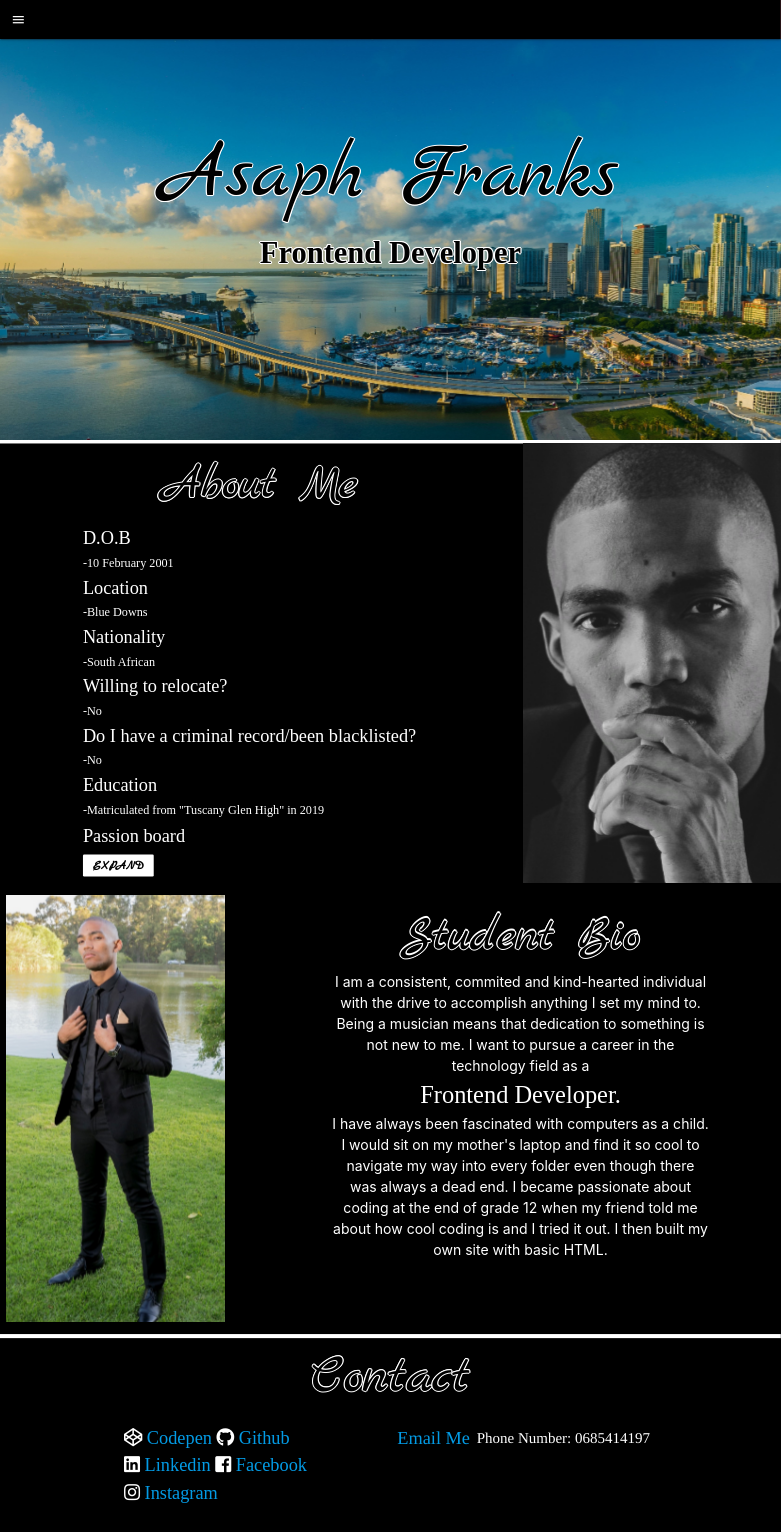
Repository: Ajtheult/portfolio.v3
Page: /portfolio-v3
An editor plug-in stored every save of this project. The page is shown before and after the next save, followed by the edit.
The browser window is 1280 px wide. The pictures show the whole page, at 61% of full size.
Some web fonts or font styles are not loaded; a fallback is used. The project was rebuilt for these pictures with package versions that can differ from the ones it lists, and the page was loaded fresh each time. Also part of the build but not shown: src/components/layout/pages/Skills.js, src/components/layout/pages/MyWork.js, src/components/layout/pages/Testimonials.js.

Above is the page before, as saved 2020-08-11 14:37:27.

### public/index.html
<!DOCTYPE html>
<html lang="en">
  <head>
    <meta charset="utf-8" />
    <link rel="icon" href="%PUBLIC_URL%/favicon.ico" />
    <meta name="viewport" content="width=device-width, initial-scale=1" />
    <meta name="theme-color" content="#000000" />
    <meta
      name="description"
      content="Web site created using create-react-app"
    />

    <link rel="manifest" href="%PUBLIC_URL%/manifest.json" />
    <link
      href="https://fonts.googleapis.com/css2?family=Marck+Script&display=swap"
      rel="stylesheet"
    />
    <link
      href="https://fonts.googleapis.com/css2?family=Gruppo&display=swap"
      rel="stylesheet"
    />
    <link rel="manifest" href="%PUBLIC_URL%/manifest.json" />

    <link
      rel="stylesheet"
      href="https://fonts.googleapis.com/icon?family=Material+Icons"
    />

    <link
      rel="stylesheet"
      href="https://use.fontawesome.com/releases/v5.7.2/css/all.css"
      integrity="sha384-fnmOCqbTlWIlj8LyTjo7mOUStjsKC4pOpQbqyi7RrhN7udi9RwhKkMHpvLbHG9Sr"
      crossorigin="anonymous"
    />
    <title>Asaph Franks portfolio</title>
  </head>
  <body>
    <noscript>You need to enable JavaScript to run this app.</noscript>
    <div id="root"></div>
  </body>
</html>

### src/index.js
import React from "react";
import ReactDOM from "react-dom";
import App from "./App";
import "materialize-css/dist/css/materialize.min.css";

ReactDOM.render(
  <React.StrictMode>
    <App />
  </React.StrictMode>,
  document.getElementById("root")
);

### src/App.js
import React from "react";

import { Home } from "./components/layout/pages/Home";
import { Skills } from "./components/layout/pages/Skills";
import { MyWork } from "./components/layout/pages/MyWork";
import { Testimonials } from "./components/layout/pages/Testimonials";
import Navbar from "./components/layout/navbar/Navbar";

import { BrowserRouter as Router, Route, Switch } from "react-router-dom";
import "./App.css";

function App() {
  return (
    <Router>
      <div className="App">
        <Navbar />

        <Switch>
          <Route exact path="/portfolio-v3" component={Home} />
          <Route path="/skills" component={Skills} />
          <Route path="/mywork" component={MyWork} />
          <Route path="/testimonials" component={Testimonials} />
        </Switch>
      </div>
    </Router>
  );
}

export default App;

### src/components/layout/pages/Home.js
import React from "react";
import background1 from "../resources/background1.jpg";
import me from "../resources/me.jpeg";
import me2 from "../resources/me2.jpg";
import M from "materialize-css";
import "../../../App.css";
import { Parallax } from "react-parallax";

export const Home = () => {
  document.addEventListener("DOMContentLoaded", function () {
    var elems = document.querySelectorAll(".modal");
    // eslint-disable-next-line
    var instances = M.Modal.init(elems, {});
  });

  return (
    <div className="colour_of_about_text">
      <Parallax bgImage={background1} strength={400}>
        <div style={{ height: 720 }}>
          <div className="style_for_landingpage">
            <h1 className="intro_name_top">Asaph Franks</h1>
            <h4 className="intro_name_bottom">Frontend Developer</h4>
          </div>
        </div>
      </Parallax>
      <div style={{ height: "1vh" }} className="white move_the_con" />
      <div className="row">
        <div className="col s8">
          {" "}
          {/* Information on About page-Start */}
          <div className="container">
            <h1 className="about-title" id="about">
              About Me
            </h1>

            <h5 className="my_info">D.O.B</h5>
            <p className="my_info_2">-10 February 2001</p>
            <h5 className="my_info"> Location </h5>
            <p className="my_info_2">-Blue Downs</p>
            <h5 className="my_info">Nationality</h5>
            <p className="my_info_2">-South African</p>
            <h5 className="my_info">Willing to relocate?</h5>
            <p className="my_info_2">-No</p>
            <h5 className="my_info">
              Do I have a criminal record/been blacklisted?
            </h5>
            <p className="my_info_2">-No</p>
            <h5 className="my_info">Education</h5>
            <p className="my_info_2">
              -Matriculated from "Tuscany Glen High" in 2019
            </p>
            <h4 className="my_info">Passion board</h4>
            <div className="my_info_3">
              <a
                className="waves-effect waves-light btn modal-trigger white"
                href="#modal1"
              >
                <p className="black_text margin_on_top">Expand</p>
              </a>
              <div id="modal1" className="modal bottom-sheet">
                <div className="modal-content">
                  <h4 className="black_text passion_heading">Passion Board</h4>
                  <div className="black_text">
                    {" "}
                    <h4 className="passion_content">-Music</h4>
                    <h4 className="passion_content">-Playing Video games</h4>
                    <h4 className="passion_content">-Playing Table Tennis</h4>
                    <h4 className="passion_content">-Watching anime</h4>
                    <h4 className="passion_content">-Drawing</h4>
                  </div>
                </div>
              </div>
            </div>
          </div>
          {/* Information on About page-Start */}
        </div>
        <div>
          <Parallax
            bgImage={me}
            strength={700}
            style={{ width: "33%" }}
            className="right"
          >
            <div style={{ height: "100vh" }}></div>
          </Parallax>
        </div>
      </div>

      <div className="row">
        <div className="col s5">
          <Parallax bgImage={me2} strength={150} style={{ width: "70%" }}>
            <div style={{ height: 700 }}>
              <div className="intro_name style_for_landingpage"></div>
            </div>
          </Parallax>
        </div>

        <div className="col s7 about_container" style={{ width: "50%" }}>
          <h6 className="about-title center">Student Bio</h6>
          <p className="student_bio ">
            I am a consistent, commited and kind-hearted individual with the
            drive to accomplish anything I set my mind to. Being a musician
            means that dedication to something is not new to me. I want to
            pursue a career in the technology field as a <br />
            <strong className="big_frontend">
              Frontend Developer.
            </strong> <br /> I have always been fascinated with computers as a
            child. I would sit on my mother's laptop and find it so cool to
            navigate my way into every folder even though there was always a
            dead end. I became passionate about coding at the end of grade 12
            when my friend told me about how cool coding is and I tried it out.
            I then built my own site with basic HTML.
          </p>
        </div>
      </div>
      {/* Contact section */}
      <div style={{ height: "1vh" }} className="white move_the_con" />
      <footer style={{ fontFamily: "Times" }} className="page-footer black">
        <div className="container" id="contact">
          <div className="row">
            <h1 className="contact-title">Contact</h1>
            <div className="col l6 s12">
              {" "}
              <div className="logos">
                <i className="fab fa-codepen">
                  {" "}
                  <a
                    href="https://codepen.io/ajtheult"
                    rel="noopener noreferrer"
                    target="_blank"
                  >
                    Codepen&nbsp;
                  </a>{" "}
                </i>
                <i className="fab fa-github">
                  {" "}
                  <a
                    href="https://github.com/Ajtheult"
                    rel="noopener noreferrer"
                    target="_blank"
                  >
                    Github&nbsp;
                  </a>{" "}
                </i>
                <i className="fab fa-linkedin">
                  {" "}
                  <a
                    href="https://www.linkedin.com/in/asaph-franks-307a231a5/"
                    rel="noopener noreferrer"
                    target="_blank"
                  >
                    Linkedin&nbsp;
                  </a>{" "}
                </i>
                <i className="fab fa-facebook-square">
                  {" "}
                  <a
                    href="https://www.facebook.com/asaph.franks.7/"
                    rel="noopener noreferrer"
                    target="_blank"
                  >
                    Facebook&nbsp;
                  </a>{" "}
                </i>
                <i className="fab fa-instagram">
                  {" "}
                  <a
                    href="https://www.instagram.com/aj_the_ultimate/?fbclid=IwAR1maxejej29IRwM2tTQavtbmTC9TFLbAwZoi52WwiJhzLvcEucPXSZHX2o"
                    rel="noopener noreferrer"
                    target="_blank"
                  >
                    Instagram&nbsp;
                  </a>{" "}
                </i>
              </div>
            </div>
            <div className="col l6 s12" style={{ marginTop: "-10px" }}>
              <a
                className="left size_of_email"
                href="mailto:asaphfranksboi@gmail.com"
                rel="noopener noreferrer"
                target="_blank"
              >
                Email Me
              </a>

              <h5 className="move_num_down">Phone Number: 0685414197</h5>
            </div>
            {/* Contact details and icons */}
          </div>
        </div>
      </footer>
    </div>
  );
};

### src/components/layout/navbar/Navbar.js
/* eslint-disable no-unused-vars */
import React, { Component } from "react";
import M from "materialize-css/dist/js/materialize.min.js";
import me from "./me.jpg";
import music from "./music.jpg";
import "../../../App.css";
import { Link } from "react-router-dom";

export class Navbar extends Component {
  componentDidMount() {
    document.addEventListener("DOMContentLoaded", function () {
      var elems = document.querySelectorAll(".sidenav");
      var instances = M.Sidenav.init(elems, {});
    });
  }

  render() {
    return (
      <div>
        <nav className="navbar">
          <div className="nav-wrapper colour">
            <a
              href="#home"
              data-target="slide-out"
              className="sidenav-trigger show-on-large"
            >
              <i className="material-icons">menu</i>
            </a>
          </div>
        </nav>

        <ul id="slide-out" className="sidenav sidenav-close">
          <li>
            <div className="user-view">
              <div className="background">
                <img className="background_img" src={music} alt="img" />
              </div>

              <img className="circle" src={me} alt="img of me" />

              <span className="black-text name move_me">Asaph Franks</span>

              <span className="black-text email  move_me">
                Asaphfranksboi@gmail.com
              </span>
            </div>
            {/* Change font so that the name can be better read */}
          </li>
          <Link to="/portfolio-v3">
            <br />
            <li className="colour_of_nav">Home</li>
          </Link>{" "}
          <br />
          <Link to="/skills">
            <li className="colour_of_nav">Skills</li>
          </Link>
          <br />
          <Link to="/mywork">
            <li className="colour_of_nav">Work</li>
          </Link>
          <br />
          <Link to="/testimonials">
            <li className="colour_of_nav">Testimonials</li>
          </Link>
        </ul>
      </div>
    );
  }
}

export default Navbar;

### src/App.css
.App {
  text-align: center;
}

body {
  background-color: black;
  color: white;
}
.background_img {
  width: 100%;
  height: 100%;
}

.move_me {
  text-align: left;
}

.colour {
  background-color: black;
}

img.bg {
  min-height: 100%;
  min-width: 1024px;
  width: 100%;
  height: auto;
  position: fixed;
  top: 0;
  left: 0;
  z-index: -1;
}

div.admin-bg {
  position: fixed;
  top: 0;
  left: 0;
  z-index: -1;
  background-color: black;
}

@media screen and (max-width: 1024px) {
  img.bg {
    left: 50%;
    margin-left: -512px;
  }
}

.intro_name_top {
  font-family: "Marck Script", cursive;
  font-size: 130px;
  color: black;
  text-shadow: 2px 0 0 #fff, -2px 0 0 #fff, 0 2px 0 #fff, 0 -2px 0 #fff,
    1px 1px #fff, -1px -1px 0 #fff, 1px -1px 0 #fff, -1px 1px 0 #fff;
}

.intro_name_bottom {
  font-size: 50px;
  color: #000000;
  font-weight: bold;
  text-shadow: 2px 0 0 #fff, -2px 0 0 #fff, 0 2px 0 #fff, 0 -2px 0 #fff,
    1px 1px #fff, -1px -1px 0 #fff, 1px -1px 0 #fff, -1px 1px 0 #fff;
  font-family: "Gruppo", cursive;
}
.testimonial_title {
  font-family: "Marck Script", cursive;
  margin-top: 80px;
  color: black;
  font-size: 80px;
  text-shadow: 2px 0 0 #fff, -2px 0 0 #fff, 0 2px 0 #fff, 0 -2px 0 #fff,
    1px 1px #fff, -1px -1px 0 #fff, 1px -1px 0 #fff, -1px 1px 0 #fff;
}

.logos {
  text-align: left;
  font-size: 30px;
}

.contact-title {
  margin-top: -5px;
  font-family: "Marck Script", cursive;
  font-size: 90px;
  color: black;
  text-shadow: 2px 0 0 #fff, -2px 0 0 #fff, 0 2px 0 #fff, 0 -2px 0 #fff,
    1px 1px #fff, -1px -1px 0 #fff, 1px -1px 0 #fff, -1px 1px 0 #fff;
}

.about-title {
  margin-top: 25px;
  font-family: "Marck Script", cursive;
  font-size: 80px;
  color: black;
  text-shadow: 2px 0 0 #fff, -2px 0 0 #fff, 0 2px 0 #fff, 0 -2px 0 #fff,
    1px 1px #fff, -1px -1px 0 #fff, 1px -1px 0 #fff, -1px 1px 0 #fff;
}

.student_bio {
  margin-top: 2%;
  font-size: 23px;
}

.big_frontend {
  font-size: 40px;
  font-family: "Gruppo", cursive;
}

.move_the_name {
  margin-top: -12px;
  font-size: 20px;
  font-weight: bold;
}

.enlarge_paragraph {
  font-size: 22px;
  font-family: "Times New Roman", Times, serif;
}

.my_info {
  font-size: 30px;
  text-align: left;
  font-family: "Gruppo", cursive;
}

.my_info_2 {
  font-size: 20px;
  text-align: left;
  line-height: 8px;
  font-family: "Times New Roman", Times, serif;
}

.my_info_3 {
  font-size: 25px;
  text-align: left;
  line-height: 8px;
  font-family: "Times New Roman", Times, serif;
}

.black_text {
  color: black;
}

.passion_heading {
  text-align: center;
  font-family: "Marck Script", cursive;
  font-size: 45px;
}

.passion_content {
  font-family: "Gruppo", cursive;
  font-weight: bold;
  line-height: 25px;
}

.margin_on_top {
  margin-top: 1px;
  font-size: 20px;
  font-family: "Marck Script", cursive;
  font-weight: bold;
}

.my_work_desc {
  font-size: 20px;
  font-family: "Times New Roman", Times, serif;
}

.my_work_title {
  font-family: "Gruppo", cursive;
  color: black;
  font-size: 30px;
}

.link-size {
  font-size: 40px;
  margin-top: -40px;
  padding: 1%;
  text-align: left;
  margin-left: 60px;
  font-family: "Gruppo", cursive;
  color: blue;
}

.button_margin {
  margin-top: 5px;
}

.work_title {
  font-family: "Marck Script", cursive;
  color: black;
  font-size: 50px;
  text-shadow: 2px 0 0 #fff, -2px 0 0 #fff, 0 2px 0 #fff, 0 -2px 0 #fff,
    1px 1px #fff, -1px -1px 0 #fff, 1px -1px 0 #fff, -1px 1px 0 #fff;
}

.colour_of_nav {
  color: black;
  margin-top: -30px;
}

.style_for_landingpage {
  margin-left: 10%;
  margin-top: 13%;
  position: absolute;
  padding: 10px;
  width: 80%;
  transform: "translate(-50%, -50%)";
}

.skills_li {
  position: relative;
  list-style: none;
  margin: 50px 0;
  font-weight: 500;
  text-transform: uppercase;
}

.skills_li:before {
  content: "";
  position: absolute;
  top: calc(100% + 10px);
  left: 0;
  width: 100%;
  height: 15px;
  background-color: rgba(54, 126, 223, 0.5);
  border-radius: 1000px;
}

.skills_li:after {
  content: "";
  position: absolute;
  top: calc(100% + 10px);
  left: 0;
  width: 0;
  height: 15px;
  background-color: rgba(54, 126, 223, 1);
  border-radius: 1000px;
  animation-duration: 0.7s;
  animation-timing-function: ease;
  animation-fill-mode: forwards;
}

.html:after {
  animation-name: html;
}

@keyframes html {
  to {
    width: 80%;
  }
}

.css:after {
  animation-name: css;
}

@keyframes css {
  to {
    width: 63%;
  }
}

.js:after {
  animation-name: js;
}

@keyframes js {
  to {
    width: 35%;
  }
}

.py:after {
  animation-name: py;
}

@keyframes py {
  to {
    width: 35%;
  }
}

.sql:after {
  animation-name: sql;
}

@keyframes sql {
  to {
    width: 28%;
  }
}

.react:after {
  animation-name: react;
}

@keyframes react {
  to {
    width: 53%;
  }
}

.skills_text {
  font-family: "Marck Script", cursive;
  color: black;
  font-size: 30px;
  text-shadow: 1px 0 0 #fff, -2px 0 0 #fff, 0 2px 0 #fff, 0 -2px 0 #fff,
    1px 1px #fff, -1px -1px 0 #fff, 1px -1px 0 #fff, -1px 1px 0 #fff;
  margin-top: -20px;
}

.skills_heading {
  font-family: "Marck Script", cursive;
  color: black;
  font-size: 60px;
  text-shadow: 1px 0 0 #fff, -2px 0 0 #fff, 0 2px 0 #fff, 0 -2px 0 #fff,
    1px 1px #fff, -1px -1px 0 #fff, 1px -1px 0 #fff, -1px 1px 0 #fff;
  margin-top: 20px;
}

.container_properties {
  width: 55%;
  margin: 50px auto 0;
  padding: 20px;
  line-height: 55px;
}

.decrease_container_size {
  width: 60%;
}
.size_of_email {
  font-size: 30px;
  margin-top: 10px;
}

.move_num_down {
  margin-top: 20px;
}

.move_github_button {
  margin-left: -50px;
}

.navbar {
  position: fixed;
  top: 0;
  width: 100%;
  z-index: 2;
}

After the next save:
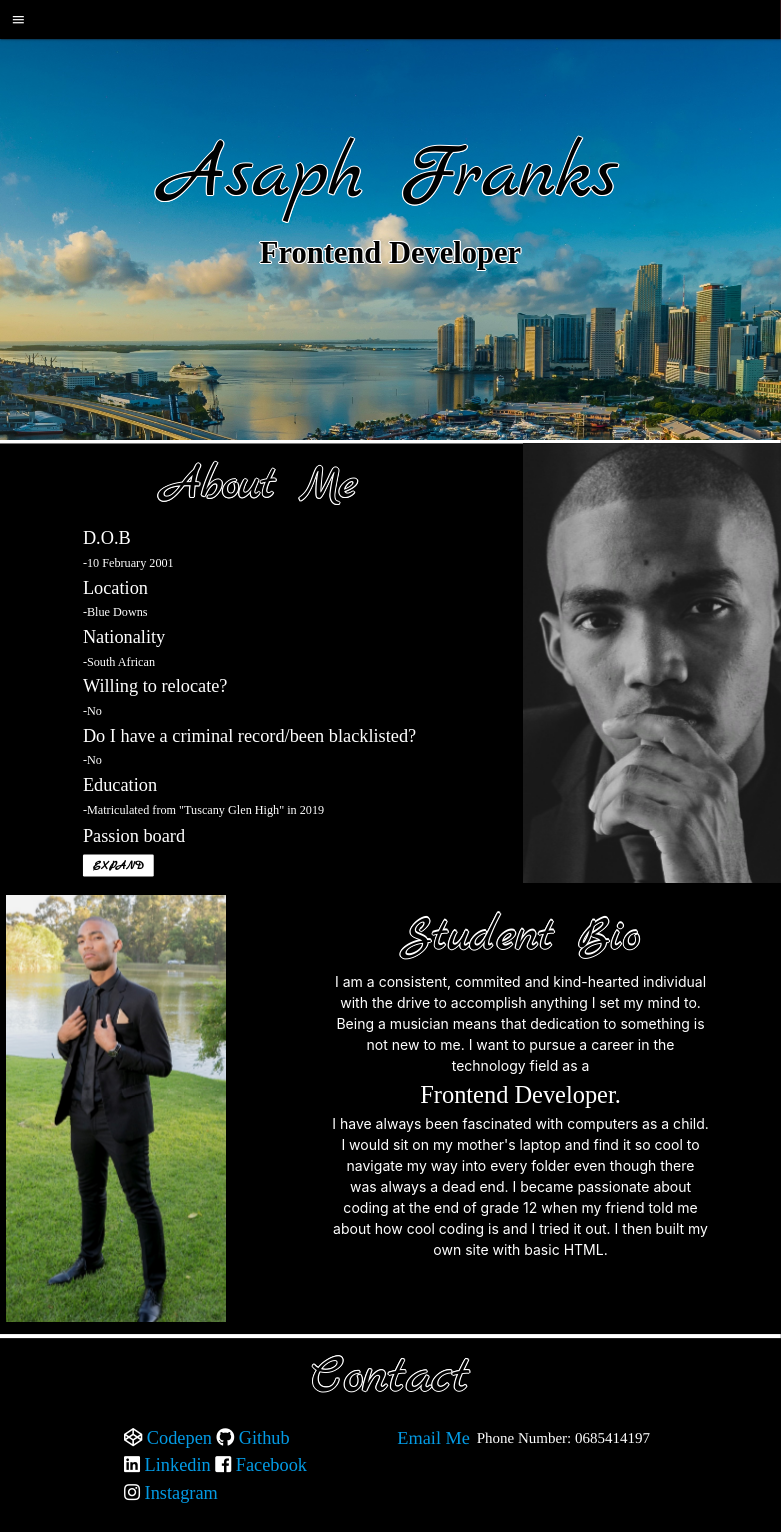
Saved 74 s later.
--- a/src/components/layout/pages/Home.js
+++ b/src/components/layout/pages/Home.js
@@ -15,7 +15,7 @@ export const Home = () => {
 
   return (
     <div className="colour_of_about_text">
-      <Parallax bgImage={background1} strength={400}>
+      <Parallax bgImage={background1} strength={700}>
         <div style={{ height: 720 }}>
           <div className="style_for_landingpage">
             <h1 className="intro_name_top">Asaph Franks</h1>
